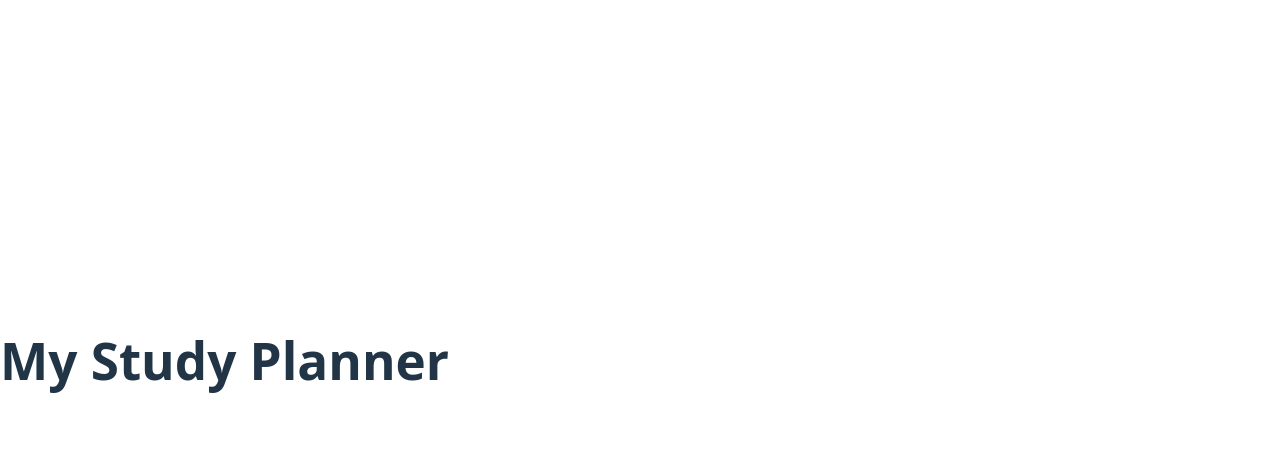
Repository: Reno-mathews/Study-Planner-MERN
Page: / (app in client/)
An editor plug-in stored every save of this project. The page is shown before and after the next save, followed by the edit.
The browser window is 1280 px wide. The pictures show the whole page.
The page's requests for data from a server got no answer. The project was rebuilt for these pictures with package versions that can differ from the ones it lists, and the page was loaded fresh each time. No one was signed in, and anything a server would have sent is missing. Also part of the build but not shown: client/vite.config.js.

Above is the page before, as saved 2026-01-13 20:14:30.

After the next save:
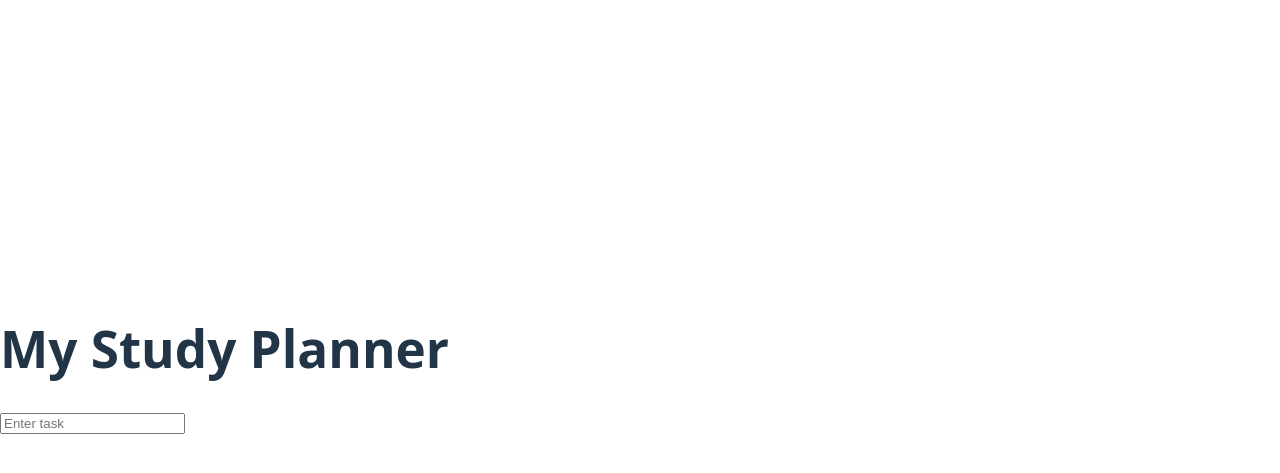
Saved 8 min 40 s later.
--- a/client/src/App.jsx
+++ b/client/src/App.jsx
@@ -19,11 +19,30 @@ function App() {
 
     if(!newTask) return;
 
-    const res = await fetch("http://localhost:5000/api/tasks")
-  }
+    const res = await fetch("http://localhost:5000/api/tasks", {
+      method: "POST",
+      headers: {
+        "Content-Type": "application/json",
+      },
+      body: JSON.stringify({ title: newTask}),
+    });
+
+    const data = await res.json();
+    setTasks([...tasks, data]);
+    setNewTask("");
+  };
   return (
     <div>
       <h1>My Study Planner</h1>
+
+      <form onSubmit={addTask}>
+        <input
+          type="text"
+          placeholder="Enter task"
+          value={newTask}
+          onChange={(e) => setNewTask(e.target.value)}
+        />
+      </form>
 
       {tasks.map((task) => (
         <div key={task.id}>
